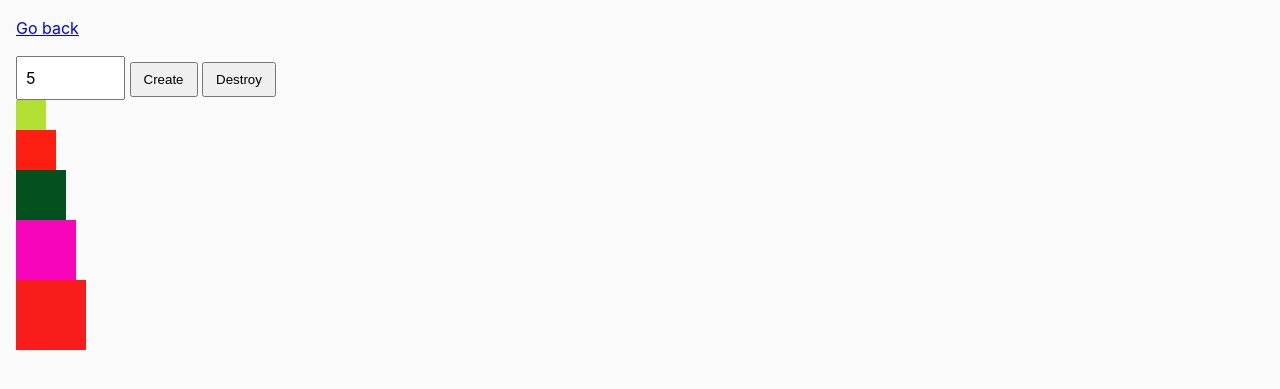
Repository: jandiman/goit-js-hw-06
Page: task-10.html
An editor plug-in stored every save of this project. The page is shown before and after the next save, followed by the edit.
The browser window is 1280 px wide. The pictures show the whole page.
Empty fields were first filled with sample values (such as "Sample", 5 or name@example.com).
After loading, the first visible `button` was clicked once.

Above is the page before, as saved 2023-10-22 05:18:37.

### js/task-10.js
// Function to generate a random HEX color
function getRandomHexColor() {
  return `#${Math.floor(Math.random() * 16777215)
    .toString(16)
    .padStart(6, "0")}`;
}

// Function to create boxes
function createBoxes(amount) {
  const boxesDiv = document.getElementById("boxes");
  boxesDiv.innerHTML = ""; // Clear any existing boxes

  let width = 30;
  let height = 30;

  for (let i = 0; i < amount; i++) {
    const box = document.createElement("div");
    box.style.width = `${width}px`;
    box.style.height = `${height}px`;
    box.style.backgroundColor = getRandomHexColor();
    boxesDiv.appendChild(box);

    width += 10;
    height += 10;
  }
}

// Function to destroy boxes
function destroyBoxes() {
  const boxesDiv = document.getElementById("boxes");
  boxesDiv.innerHTML = ""; // Clear all contents
}

// Event listener for the "Create" button
const createButton = document.querySelector("[data-create]");
createButton.addEventListener("click", function () {
  const input = document.querySelector('input[type="number"]');
  const amount = parseInt(input.value);

  if (!isNaN(amount) && amount >= 1 && amount <= 100) {
    createBoxes(amount);
  } else {
    alert("Please enter a valid number between 1 and 100.");
  }
});

// Event listener for the "Destroy" button
const destroyButton = document.querySelector("[data-destroy]");
destroyButton.addEventListener("click", destroyBoxes);

Loaded but not shown: task-10.html (common file); css/common.css (common file)

After the next save:
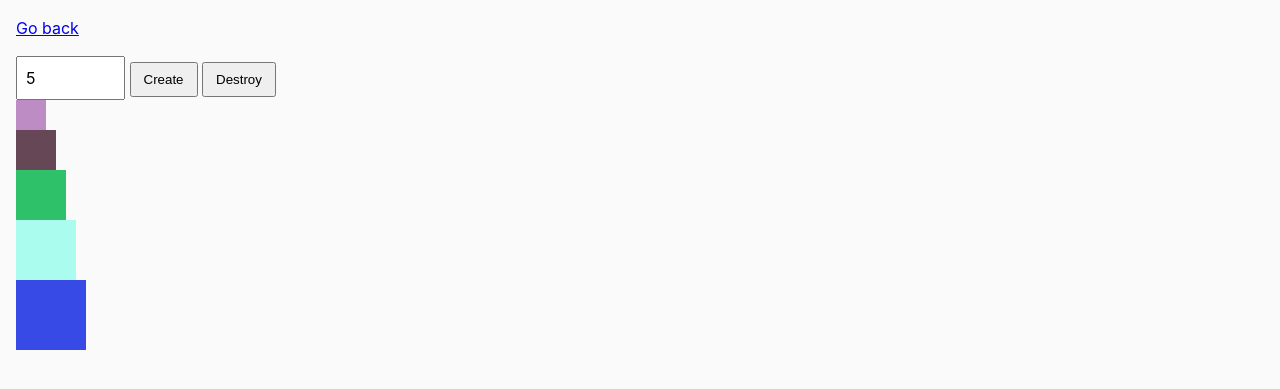
Saved 4 min 10 s later.
--- a/js/task-10.js
+++ b/js/task-10.js
@@ -1,12 +1,10 @@
-// Function to generate a random HEX color
 function getRandomHexColor() {
   return `#${Math.floor(Math.random() * 16777215)
     .toString(16)
     .padStart(6, "0")}`;
 }
 
-// Function to create boxes
-function createBoxes(amount) {
+function newBox(amount) {
   const boxesDiv = document.getElementById("boxes");
   boxesDiv.innerHTML = ""; // Clear any existing boxes
 
@@ -38,7 +36,7 @@ createButton.addEventListener("click", function () {
   const amount = parseInt(input.value);
 
   if (!isNaN(amount) && amount >= 1 && amount <= 100) {
-    createBoxes(amount);
+    newBox(amount);
   } else {
     alert("Please enter a valid number between 1 and 100.");
   }
